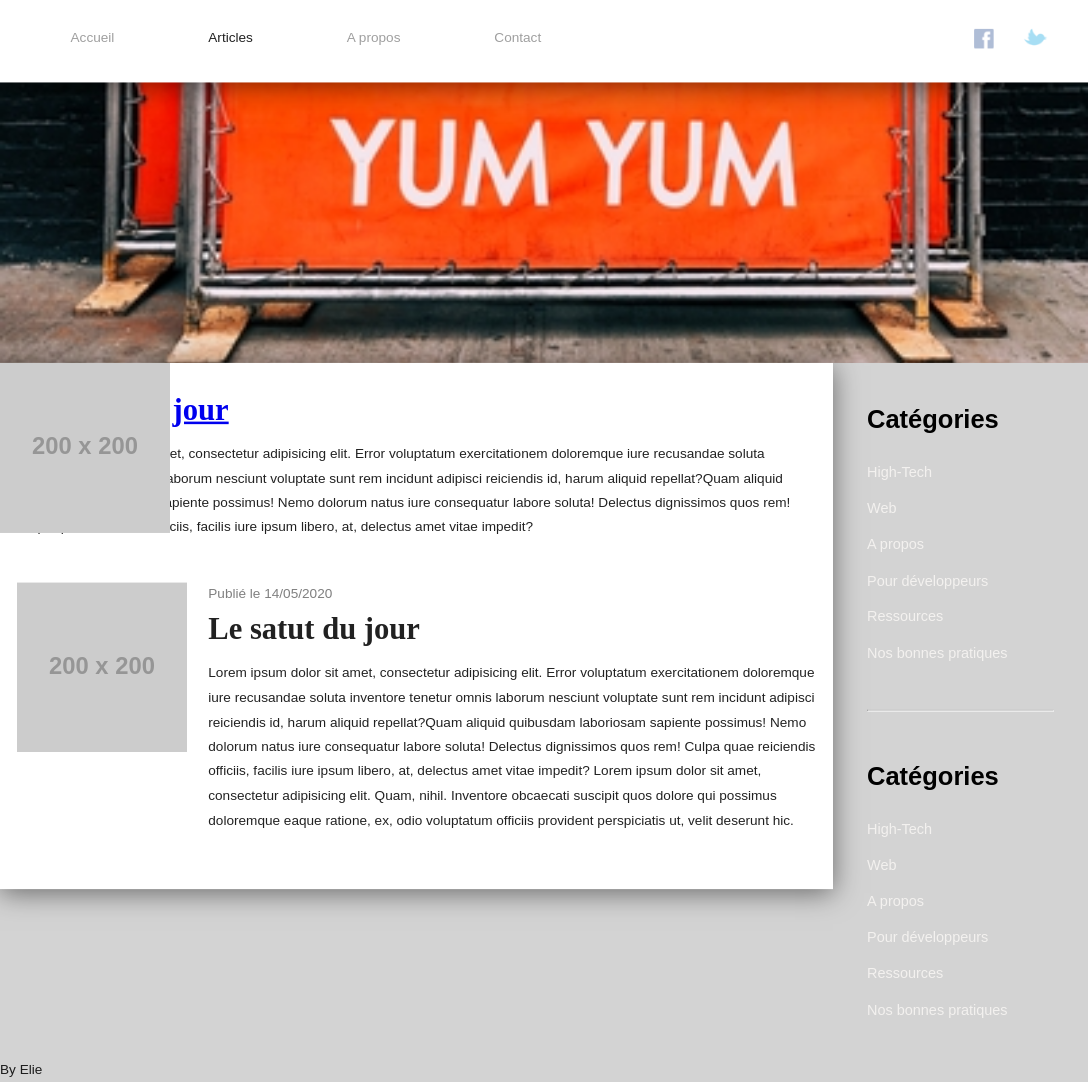
Repository: Elie-Dey/blog-train
Page: article.html
The author's editor kept a copy of each file at every save. The page is drawn from the files as they stood at one save, then again after the next save.
The browser window is 1280 px wide. The pictures show the whole page, at 85% of full size.

Above is the page before, as saved 2020-06-17 03:44:40.

### article.html
<!DOCTYPE html>
<html lang="en">
<head>
    <meta charset="UTF-8">
    <meta name="viewport" content="width=device-width, initial-scale=1.0">
    <link rel="stylesheet" href="style.css">
    <title>Mon blog</title>
</head>
<body>
    <header class="topbar">
        <nav>
            <a href="index.html">Accueil</a>
            <a href="articles.html" class="active"> Articles</a>
            <a href="about.html">A propos</a>
            <a href="apropos.html">Contact</a>
        </nav>
        <div class="social">
            <a href="#"> <img src="images/fb.png" alt="Facebook"></a>
            <a href="#"> <img src="images/twitter.png" alt="Twitter"></a>
        </div>
    </header>
    <div class="banniere"></div>
    <main class="main">
       <div class="container">
            <a href="article.html" class="article-img"><img src="https://via.placeholder.com/200" alt="article-image"/> </a>
             <div class="article-date">Publié le 14/05/2020</div>
             <h2 class="article-title">  <a href="#">    Le satut du jour</a>  </h2>
             <p>
                 Lorem ipsum dolor sit amet, consectetur adipisicing elit. Error voluptatum exercitationem doloremque iure recusandae soluta inventore tenetur omnis laborum nesciunt voluptate sunt rem incidunt adipisci reiciendis id, harum aliquid repellat?Quam aliquid quibusdam laboriosam sapiente possimus! Nemo dolorum natus iure consequatur labore soluta!
                 Delectus dignissimos quos rem! Culpa quae reiciendis officiis, facilis iure ipsum libero, at, delectus amet vitae impedit?
             </p>
         </article>
         <article class="article">
             <a href="article.html" class="article-img"><img src="https://via.placeholder.com/200" alt="article-image"/> </a>
              <div class="article-date">Publié le 14/05/2020</div>
              <h2 class="article-title">  <a href="#">    Le satut du jour</a>  </h2>
              <p>
                  Lorem ipsum dolor sit amet, consectetur adipisicing elit. Error voluptatum exercitationem doloremque iure recusandae soluta inventore tenetur omnis laborum nesciunt voluptate sunt rem incidunt adipisci reiciendis id, harum aliquid repellat?Quam aliquid quibusdam laboriosam sapiente possimus! Nemo dolorum natus iure consequatur labore soluta!
                  Delectus dignissimos quos rem! Culpa quae reiciendis officiis, facilis iure ipsum libero, at, delectus amet vitae impedit?
                  Lorem ipsum dolor sit amet, consectetur adipisicing elit. Quam, nihil. Inventore obcaecati suscipit quos dolore qui possimus doloremque eaque ratione, ex, odio voluptatum officiis provident perspiciatis ut, velit deserunt hic.
              </p>

       </div>
    </main>
    <aside class="sidebar">
        <h4 class="sidebar-title">Catégories</h4>
        <ul>
            <li><a href="#">High-Tech</a></li>
            <li><a href="#">Web</a></li>
            <li><a href="#">A propos</a></li>
            <li><a href="#">Pour développeurs </a></li>
            <li><a href="#">Ressources</a></li>
            <li><a href="#">Nos bonnes pratiques</a></li>
        </ul>
        <hr>
        <h4 class="sidebar-title">Catégories</h4>
        <ul>
            <li><a href="#">High-Tech</a></li>
            <li><a href="#">Web</a></li>
            <li><a href="#">A propos</a></li>
            <li><a href="#">Pour développeurs</a></li>
            <li><a href="#">Ressources</a></li>
            <li><a href="#">Nos bonnes pratiques</a></li>
        </ul>


    </aside>
    <footer class="footer">
        By Elie
    </footer>
</body>
</html>

### style.css
*{
    box-sizing: border-box;
}
body, html
{
    margin: 0;
    font-size: 16px;
    font-family: sans-serif;
    color: rgba(0, 0, 0, .87);
    line-height: 1.8;
    font-weight: 500;
    background:lightgray;
}
.topbar{

    position: fixed;
    top: 0;
    right: 0;
    left: 0;
    width: 100%;
    background-color: white;
    padding: 30px ;
    z-index: 3;
    box-shadow: 0 4px 30px rgba(0, 0, 0, .5);
}
.topbar nav{
    float: left;

}
.topbar nav a {
    color: #9f9f9f;
    text-decoration: none;
    font-weight: 500;
    padding: 0 53px;
}

.topbar nav a:hover , .topbar nav a.active{
    color:  rgba(0, 0, 0, .87);
}

 .social {
    float: right;
}

.social a
{
    padding: 0 12px;
    opacity: .4;
}
.social a:hover
{
    opacity: 1;
}

.banniere {
    height: 427px;
    background: no-repeat center center / cover url("images/banniere.jpg") ;

}
.main
{
    float:left;
    width: calc(100% - 300px);
    background: white;
    box-shadow: 0 4px 30px rgba(0, 0, 0, .5);
    position: relative;
    z-index: 2;


}
.sidebar
{
    float: right;
    /* background:lightgray; */
    width: 300px;
    padding: 40px;
    font-size: 17px;
    position: relative;
    z-index: 1;
}
.sidebar-title
{
    font-size: 30px;
    color: black;
    margin: 20px 0;
}
.sidebar a
{
    text-decoration: none;
    color: rgb(243, 241, 239);
}
.sidebar ul
{
    margin: 0;
    padding: 0;
    list-style: none;

}
.sidebar li
{
    padding: 6px 0;
}
.sidebar li:first-child
{
    padding-top: 0;
}

.sidebar li:last-child
{
    padding-bottom: 0;
}
.sidebar a:hover
{
    text-decoration: underline;
}

.sidebar hr
{
    border-color:none;
    background: white;
    height: 1px;
    margin: 50px 0;


}

.sidebar-title:first-child
{
    margin-top: 0;
}


.article
{
    position: relative;
    overflow: hidden;
    margin: 50px 0;
    padding-left: 225px;
    min-height: 225px;
    max-width: 940;
}
.container
{
    max-width: 940px;
    margin: 0 auto;
}
.article a
{
    color: inherit;
    text-decoration: none;
}
.article a:hover
{
    text-decoration: underline;
}
.article-img
{
    position: absolute;
    left: 0;
    top: 0;
    width: 200px;
    margin-right: 25px;
}
.article-title
 {
    font-size: 2.25rem;
    line-height: 1.2;
    font-family: "Cardo", serif;
    margin: 0 0 15px 0;
 }
.article-date
{
    font-weight: 300;
    color: rgba(0, 0, 0, .5);
    margin-bottom: 5px;
}
.article-img img
{
    width: 100%;
    height: auto;
}
.footer
{
    clear: both;
}

After the next save:
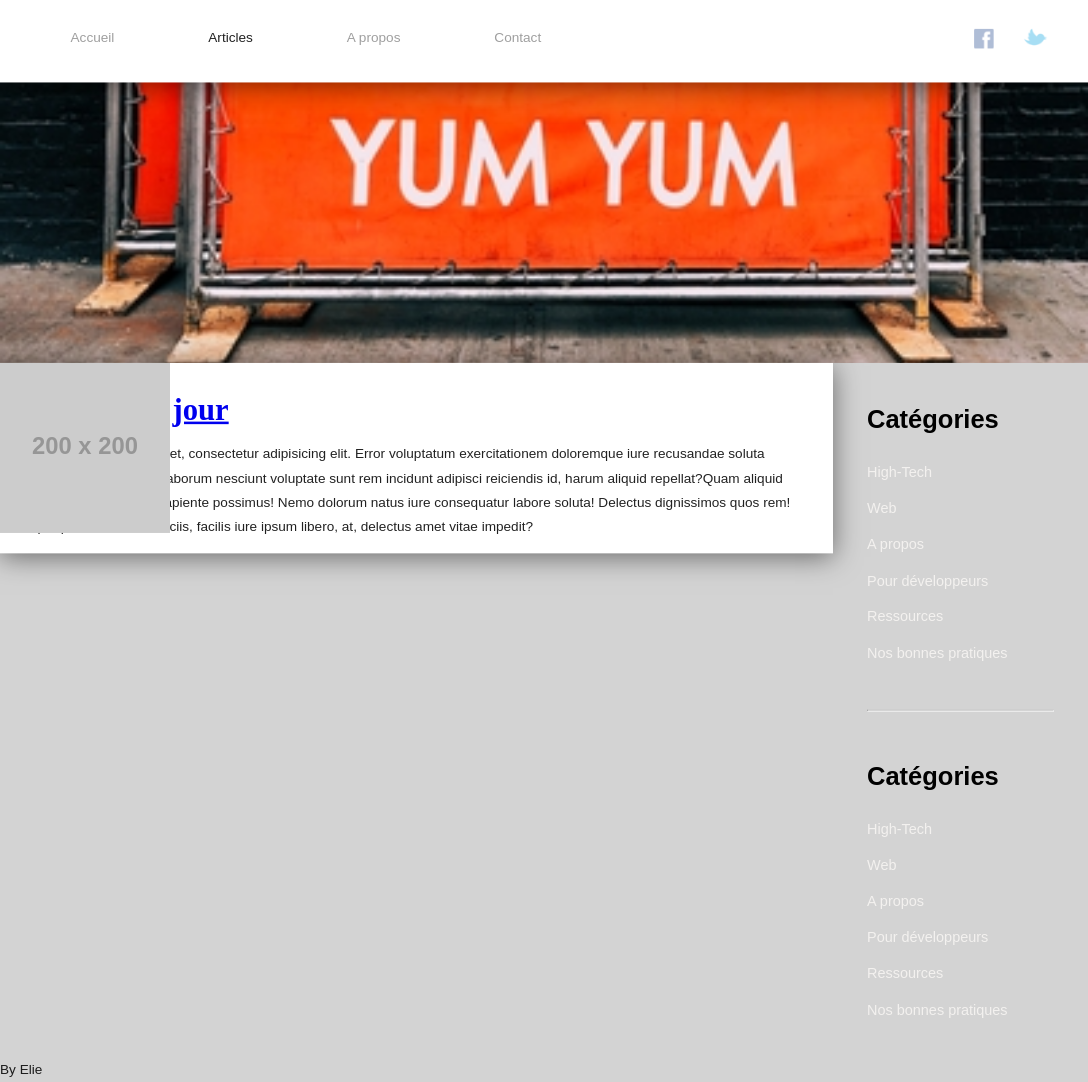
Saved 34 s later.
--- a/article.html
+++ b/article.html
@@ -30,15 +30,7 @@
                  Delectus dignissimos quos rem! Culpa quae reiciendis officiis, facilis iure ipsum libero, at, delectus amet vitae impedit?
              </p>
          </article>
-         <article class="article">
-             <a href="article.html" class="article-img"><img src="https://via.placeholder.com/200" alt="article-image"/> </a>
-              <div class="article-date">Publié le 14/05/2020</div>
-              <h2 class="article-title">  <a href="#">    Le satut du jour</a>  </h2>
-              <p>
-                  Lorem ipsum dolor sit amet, consectetur adipisicing elit. Error voluptatum exercitationem doloremque iure recusandae soluta inventore tenetur omnis laborum nesciunt voluptate sunt rem incidunt adipisci reiciendis id, harum aliquid repellat?Quam aliquid quibusdam laboriosam sapiente possimus! Nemo dolorum natus iure consequatur labore soluta!
-                  Delectus dignissimos quos rem! Culpa quae reiciendis officiis, facilis iure ipsum libero, at, delectus amet vitae impedit?
-                  Lorem ipsum dolor sit amet, consectetur adipisicing elit. Quam, nihil. Inventore obcaecati suscipit quos dolore qui possimus doloremque eaque ratione, ex, odio voluptatum officiis provident perspiciatis ut, velit deserunt hic.
-              </p>
+
 
        </div>
     </main>
